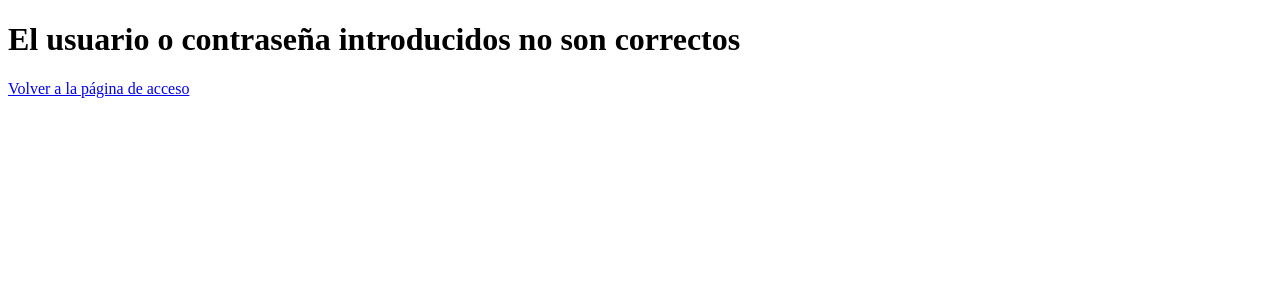
Repository: MateoSantander/Ejercicios4y5
Page: http://localhost/Ejercicio_4/login
The author's editor kept a copy of each file at every save. The page is drawn from the files as they stood at one save, then again after the next save.
The browser window is 1280 px wide. The pictures show the whole page.
The page is served by Tomcat 9.

Above is the page before, as saved 2022-03-18 13:10:39.

After the next save:
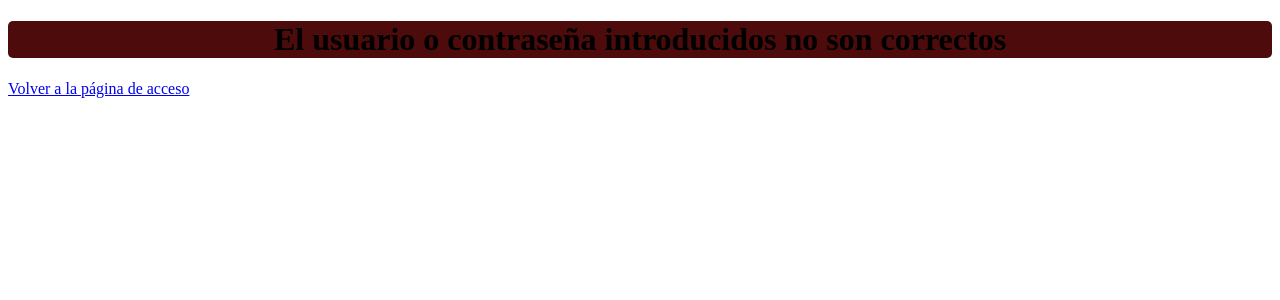
Saved 72 s later.
--- a/Ejercicio_4/src/main/webapp/JSP_errorPage.jsp
+++ b/Ejercicio_4/src/main/webapp/JSP_errorPage.jsp
@@ -5,6 +5,7 @@
 <head>
 <meta charset="ISO-8859-1">
 <title>Insert title here</title>
+<link rel="stylesheet" href="css/design.css">
 </head>
 <body>
 	<h1>El usuario o contraseña introducidos no son correctos</h1>
